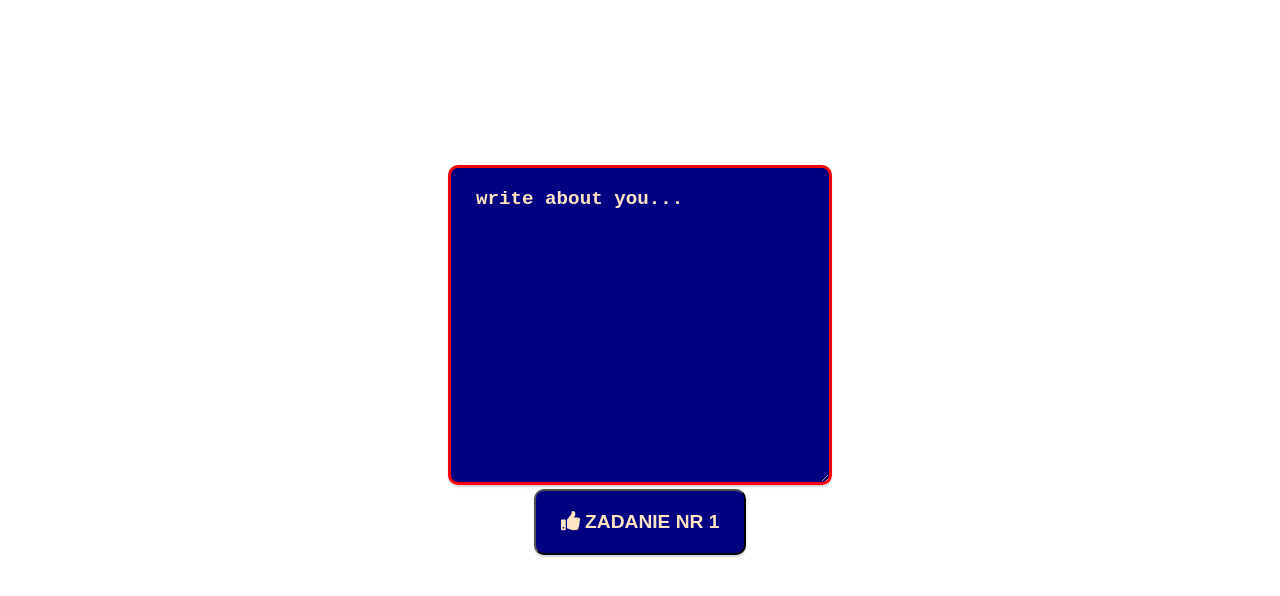
Repository: KrzysKolo/sr_tydzien3_zad_1_2_3
Page: /
An editor plug-in stored every save of this project. The page is shown before and after the next save, followed by the edit.
The browser window is 1280 px wide. The pictures show the whole page.
The project was rebuilt for these pictures with package versions that can differ from the ones it lists, and the page was loaded fresh each time.

Above is the page before, as saved 2020-11-02 16:45:49.

After the next save:
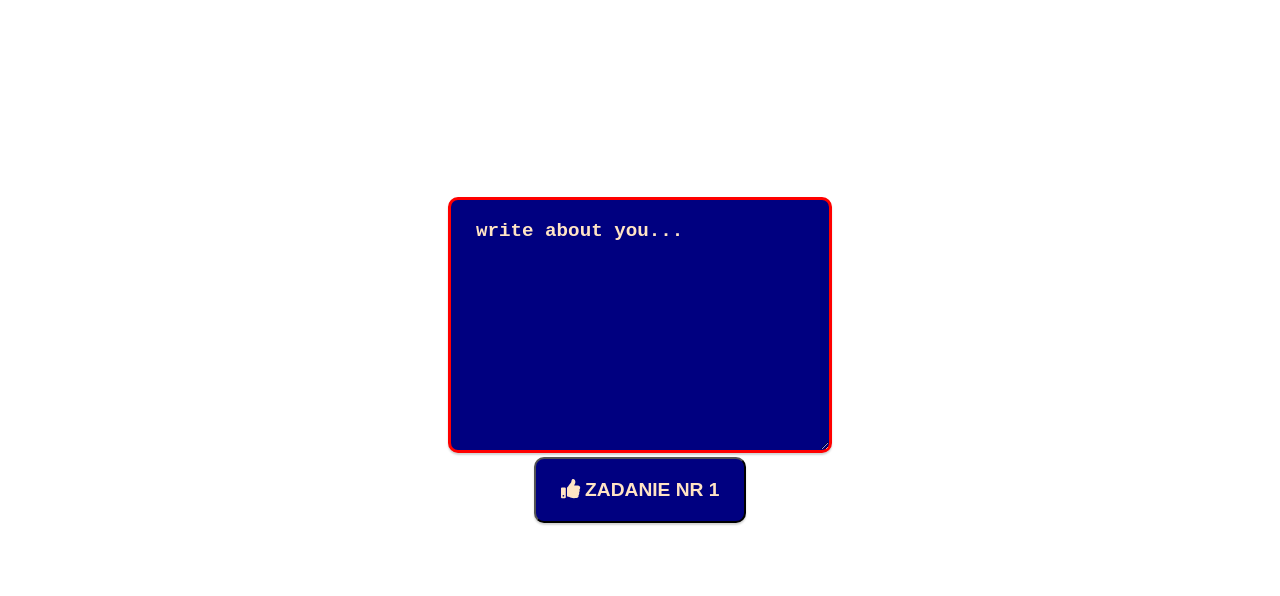
Saved 9 s later.
--- a/src/components/Form/Textarea.js
+++ b/src/components/Form/Textarea.js
@@ -11,7 +11,7 @@ const Textarea = ({value, color, bgColor, borderSize, borderRadius, borderColor}
     color: ${color};
     font-weight: bold;
     font-size: 1.2rem;
-    height: 25vw;
+    height: 20vw;
     outline: 0;
     padding: 20px 25px;
     width: 30vw;
